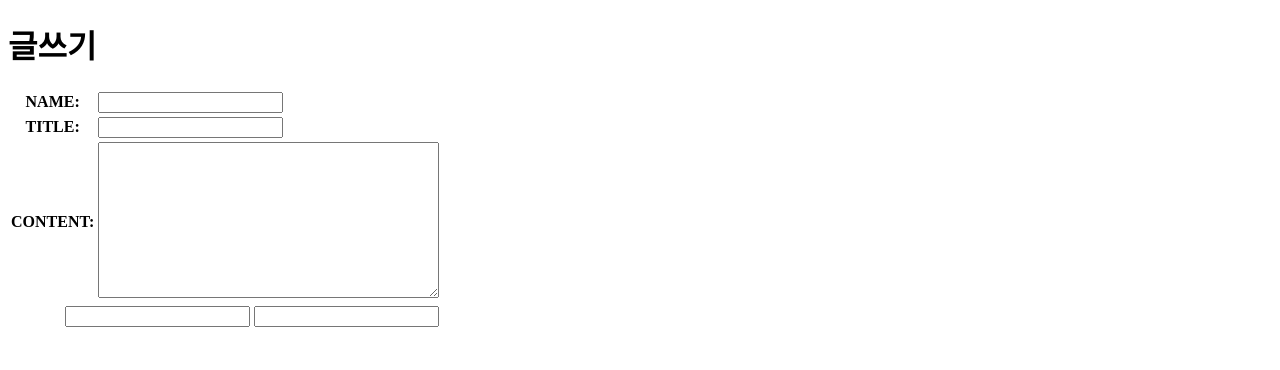
Repository: leedh909/Academy-web-
Page: http://localhost/Jsp01_MyBoard/myinsert.jsp
These files come from the project's save history. The page is drawn as it stood at one moment and after the next save; the edit follows.
The browser window is 1280 px wide. The pictures show the whole page.
The page is served by Tomcat 9.

Above is the page before, as saved 2020-06-25 05:06:19.

After the next save:
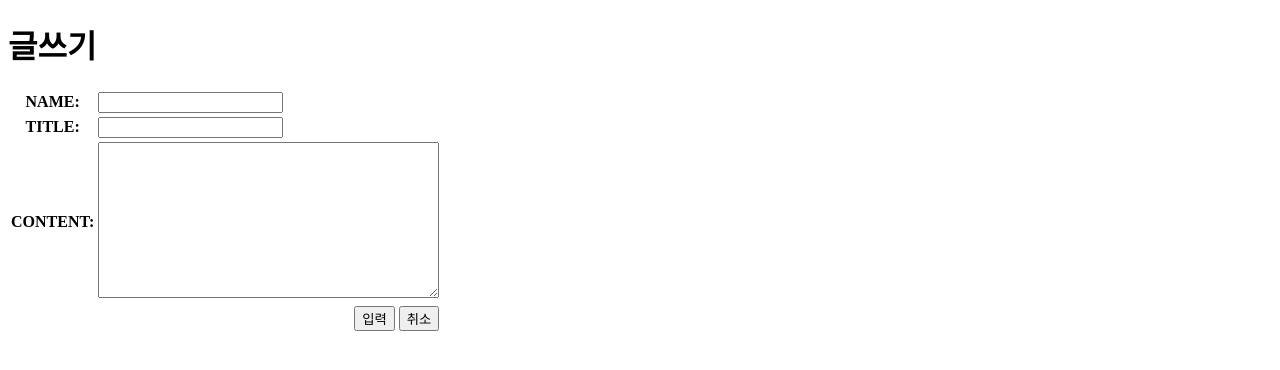
Saved 69 s later.
--- a/실습자료/eclipse-servlet/Jsp01_MyBoard/WebContent/myinsert.jsp
+++ b/실습자료/eclipse-servlet/Jsp01_MyBoard/WebContent/myinsert.jsp
@@ -29,8 +29,8 @@
 			</tr>
 			<tr>
 				<td colspan="2" align="right">
-					<input>
-					<input>
+					<input type="submit" value="입력">
+					<input type="button" value="취소" onclick="location.href='mylist.jsp'">
 				</td>
 			</tr>
 		</table>
